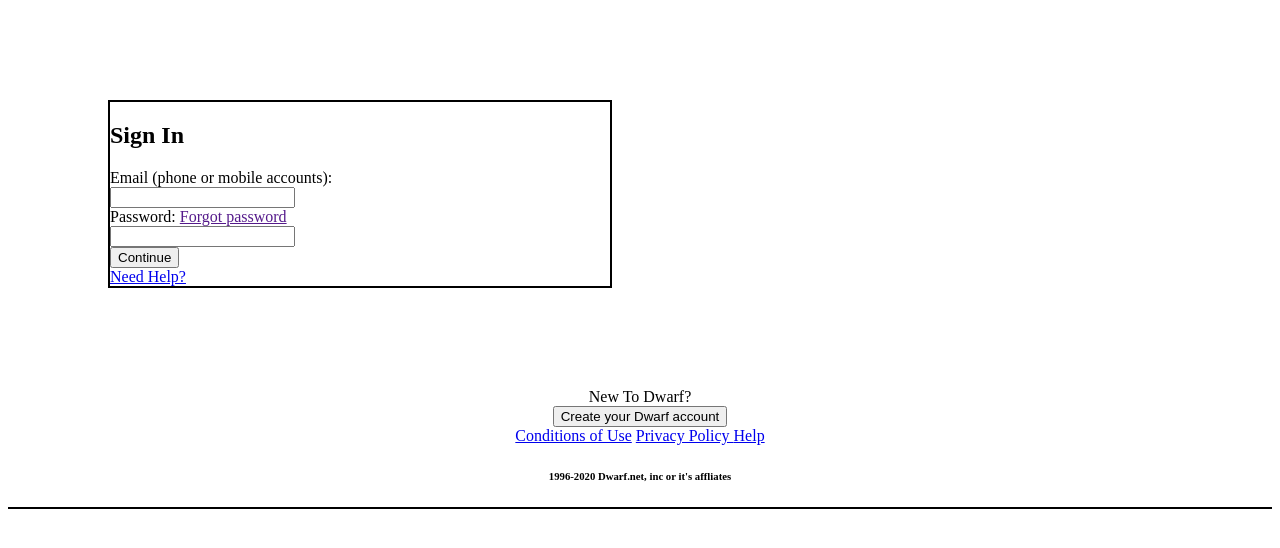
Repository: brittmarie333/replica
Page: index.html
These files come from the project's save history. The page is drawn as it stood at one moment and after a run of saves; the edit follows.
The browser window is 1280 px wide. The pictures show the whole page.

Above is the page before, as saved 2024-05-27 12:40:34.

### index.html
<!DOCTYPE html>
<html lang="en">
<head>
    <meta charset="UTF-8">
    <meta name="viewport" content="width=device-width, initial-scale=1.0">
    <link rel="stylesheet" href="index.css">
    <title>Log In</title>
</head>
<body>

    <form action="/data.php">
        <h2>Sign In</h2>
        <label for="username">Email (phone or mobile accounts):</label><br>
        <input type="text" id="fname" name="fname"><br>
        <label for="pword">Password: </label> <text align="right"><a href="">Forgot password</a></text><br>
        <input type="text" id="lname" name="lname" ><br>
        <button>Continue</button>
        <br>
        <a href="http">Need Help?</a>
      </form>




      New To Dwarf?
      <br>
      <button id="create">Create your Dwarf account</button>
      <br>
      <a href="http"> Conditions of Use</a>
      <a href="http"> Privacy Policy </a>
      <a href="http"> Help </a>
      <br>

      <h6> 1996-2020 Dwarf.net, inc or it's affliates</h6>


</body>
</html>

### index.css
h2  {
    text-align: left;
}

body {
    text-align: center;
    border-bottom: 2px solid black;
}
form{
    text-align: left;
    border: 2px solid;
    border color: light grey;
    margin: 100px;
    width: 500px;

}

After the next 2 saves:
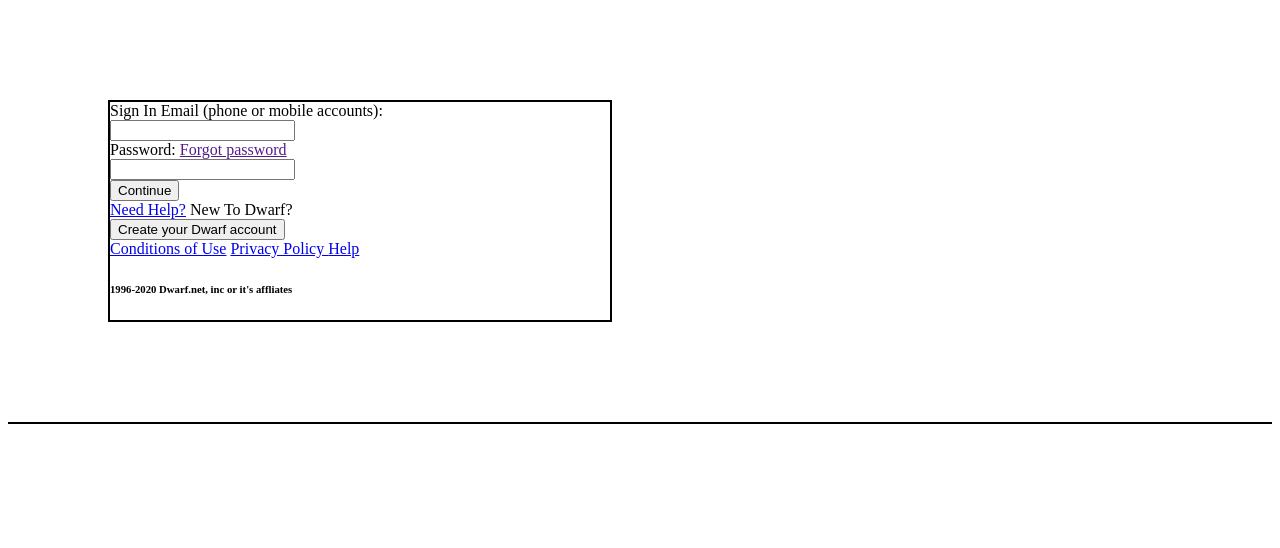
The 2 saves are shown as one change because they came seconds apart.
The last was saved 23 s later.
--- a/index.html
+++ b/index.html
@@ -9,7 +9,7 @@
 <body>
 
     <form action="/data.php">
-        <h2>Sign In</h2>
+        <margin<h2>Sign In</h2>
         <label for="username">Email (phone or mobile accounts):</label><br>
         <input type="text" id="fname" name="fname"><br>
         <label for="pword">Password: </label> <text align="right"><a href="">Forgot password</a></text><br>

After the 2 saves that followed:
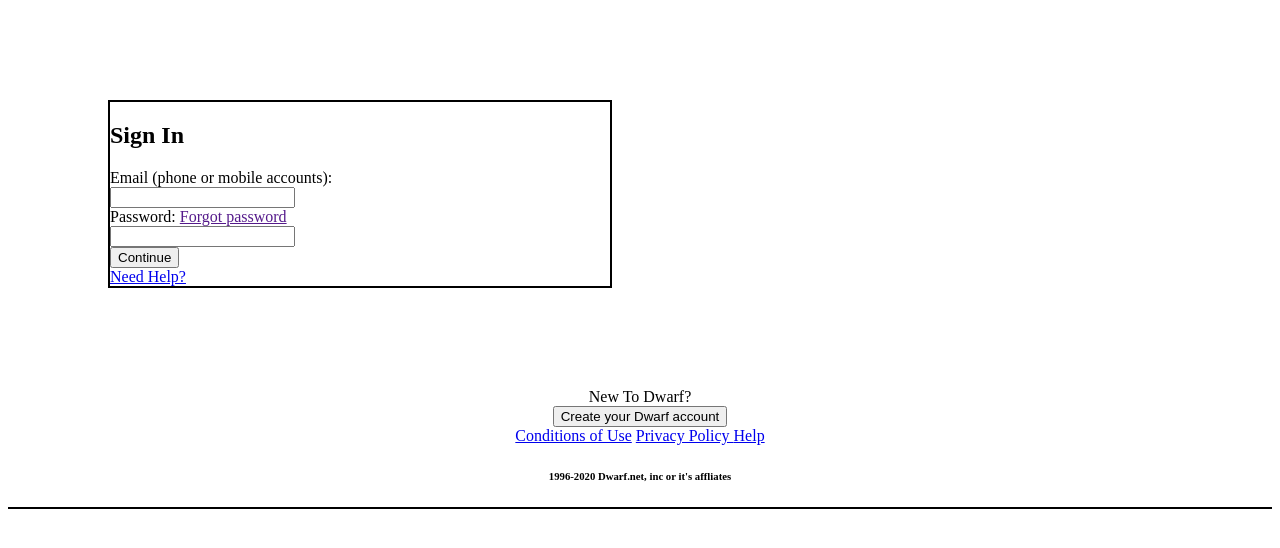
The 2 saves are shown as one change because 1 left the picture as it was.
The last was saved 14 s later.
--- a/index.html
+++ b/index.html
@@ -9,7 +9,7 @@
 <body>
 
     <form action="/data.php">
-        <margin<h2>Sign In</h2>
+        <h2>Sign In</h2>
         <label for="username">Email (phone or mobile accounts):</label><br>
         <input type="text" id="fname" name="fname"><br>
         <label for="pword">Password: </label> <text align="right"><a href="">Forgot password</a></text><br>
